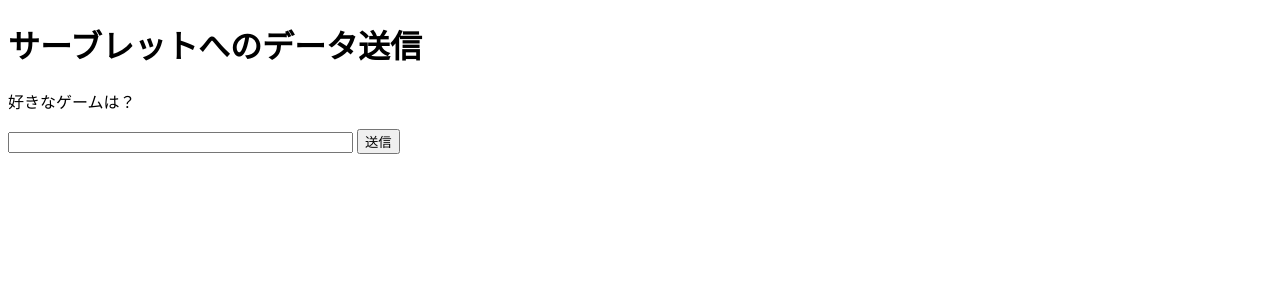
Repository: teamoo24/Java_Servlet_Project
Page: RequestRecvPJ/WebContent/FormSample.html
An editor plug-in stored every save of this project. The page is shown before and after the next save, followed by the edit.
The browser window is 1280 px wide. The pictures show the whole page.

Above is the page before, as saved 2019-05-16 03:36:38.

### RequestRecvPJ/WebContent/FormSample.html
<!DOCTYPE html>
<html>
<head>
<meta charset="UTF-8">
<title>サーブレットへのデータ送信</title>
</head>
<body>
<h1>サーブレットへのデータ送信</h1>
<form action="RequestRecv" method="GET">
<p>好きなゲームは？</p>
<input type="TEXT" name="Game" size=40>
<input type="submit" value="送信">
</form>
</body>
</html>

After the next save:
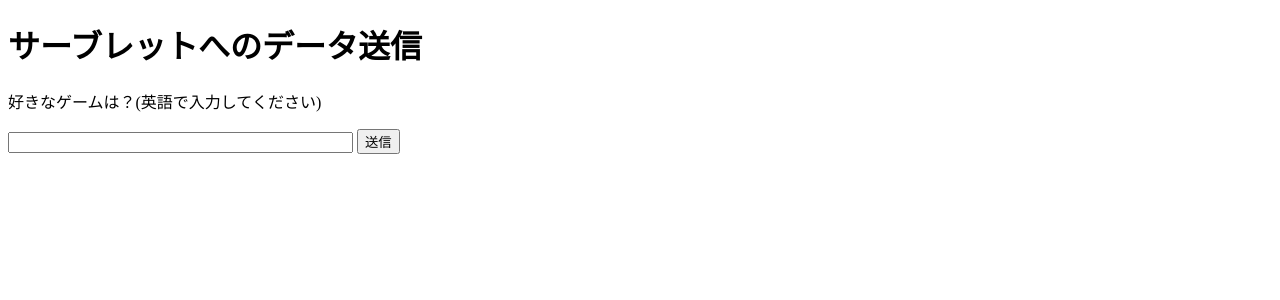
Saved 3 min 6 s later.
--- a/RequestRecvPJ/WebContent/FormSample.html
+++ b/RequestRecvPJ/WebContent/FormSample.html
@@ -7,7 +7,7 @@
 <body>
 <h1>サーブレットへのデータ送信</h1>
 <form action="RequestRecv" method="GET">
-<p>好きなゲームは？</p>
+<p>好きなゲームは？(英語で入力してください)</p>
 <input type="TEXT" name="Game" size=40>
 <input type="submit" value="送信">
 </form>
